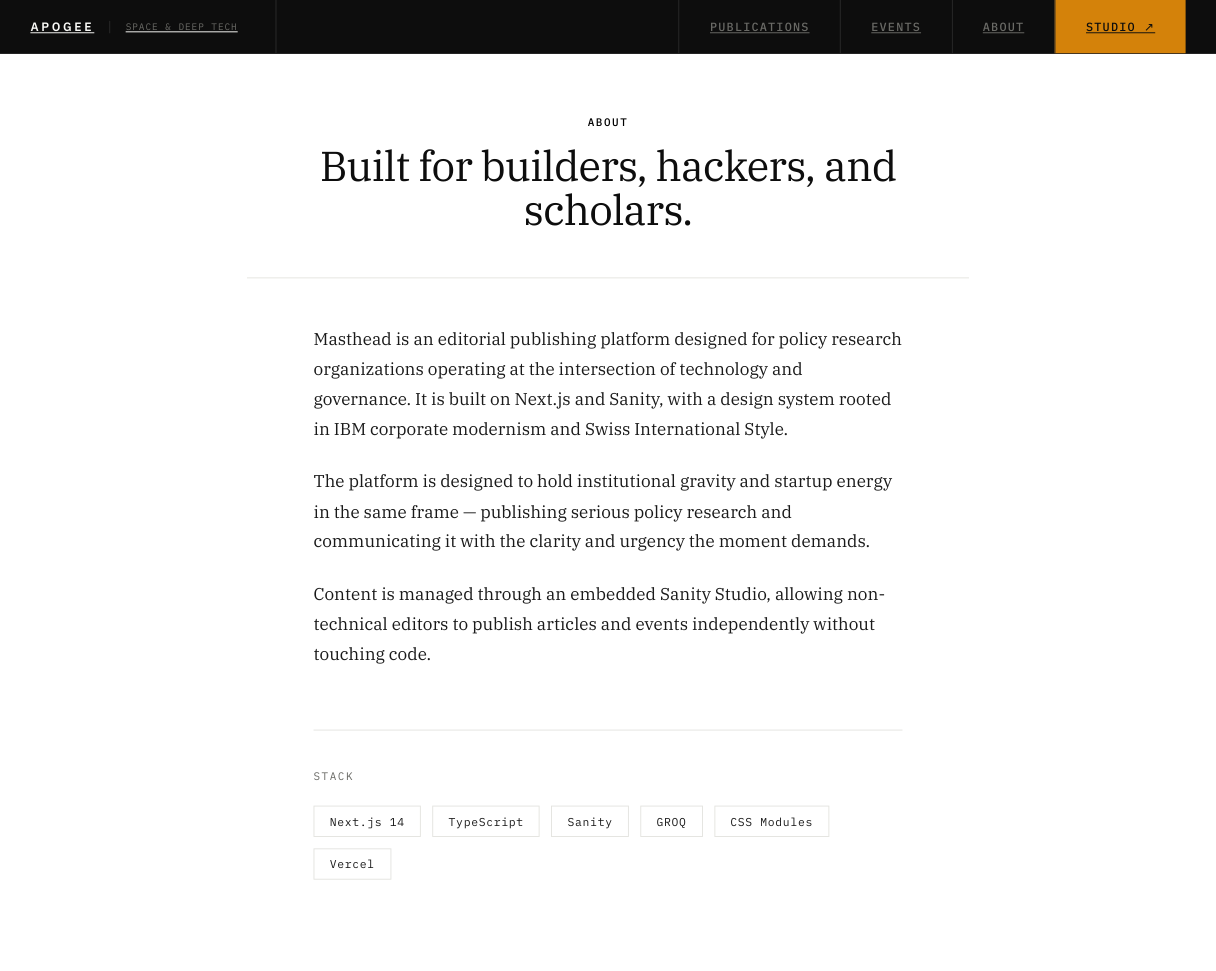
Repository: aricmoore/apogee
Page: /about
The author's editor kept a copy of each file at every save. The page is drawn from the files as they stood at one save, then again after the next save.
The browser window is 1280 px wide. The pictures show the whole page, at 95% of full size.
The project was rebuilt for these pictures with package versions that can differ from the ones it lists, and the page was loaded fresh each time. The framework's server and built-in components were replaced by stand-ins that run in the browser. Also part of the build but not shown: next.config.ts.

Above is the page before, as saved 2026-04-12 19:19:46.

After the next save:
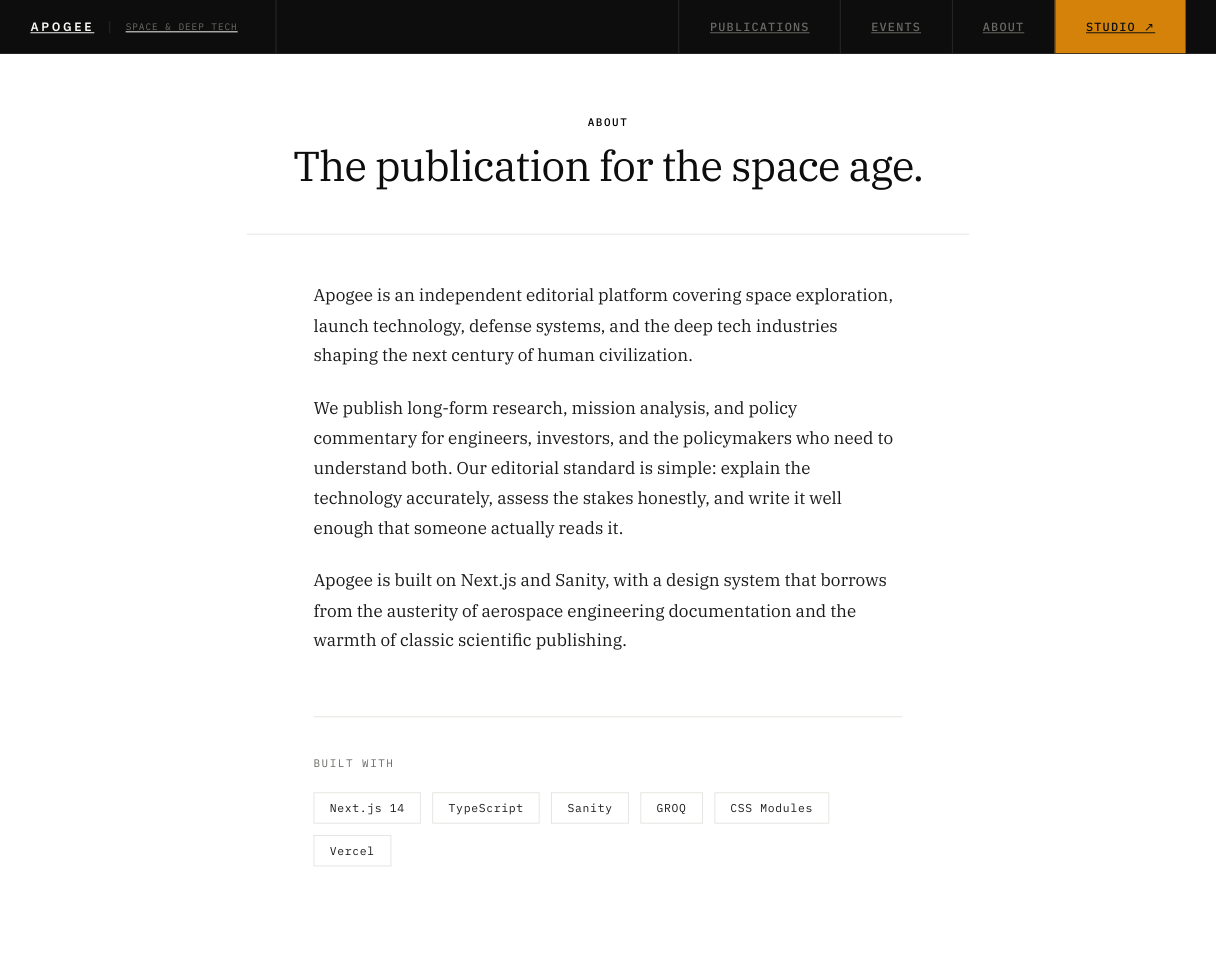
Saved 19 s later.
--- a/src/app/about/page.tsx
+++ b/src/app/about/page.tsx
@@ -6,15 +6,15 @@ export default function AboutPage() {
       <div className="container">
         <div className={styles.header}>
           <span className={styles.label}>About</span>
-          <h1 className={styles.title}>Built for builders, hackers, and scholars.</h1>
+          <h1 className={styles.title}>The publication for the space age.</h1>
         </div>
         <div className={styles.body}>
-          <p>Masthead is an editorial publishing platform designed for policy research organizations operating at the intersection of technology and governance. It is built on Next.js and Sanity, with a design system rooted in IBM corporate modernism and Swiss International Style.</p>
-          <p>The platform is designed to hold institutional gravity and startup energy in the same frame — publishing serious policy research and communicating it with the clarity and urgency the moment demands.</p>
-          <p>Content is managed through an embedded Sanity Studio, allowing non-technical editors to publish articles and events independently without touching code.</p>
+          <p>Apogee is an independent editorial platform covering space exploration, launch technology, defense systems, and the deep tech industries shaping the next century of human civilization.</p>
+          <p>We publish long-form research, mission analysis, and policy commentary for engineers, investors, and the policymakers who need to understand both. Our editorial standard is simple: explain the technology accurately, assess the stakes honestly, and write it well enough that someone actually reads it.</p>
+          <p>Apogee is built on Next.js and Sanity, with a design system that borrows from the austerity of aerospace engineering documentation and the warmth of classic scientific publishing.</p>
         </div>
         <div className={styles.stack}>
-          <span className={styles.stackLabel}>Stack</span>
+          <span className={styles.stackLabel}>Built with</span>
           <div className={styles.stackGrid}>
             {['Next.js 14', 'TypeScript', 'Sanity', 'GROQ', 'CSS Modules', 'Vercel'].map(item => (
               <div key={item} className={styles.stackItem}>{item}</div>
